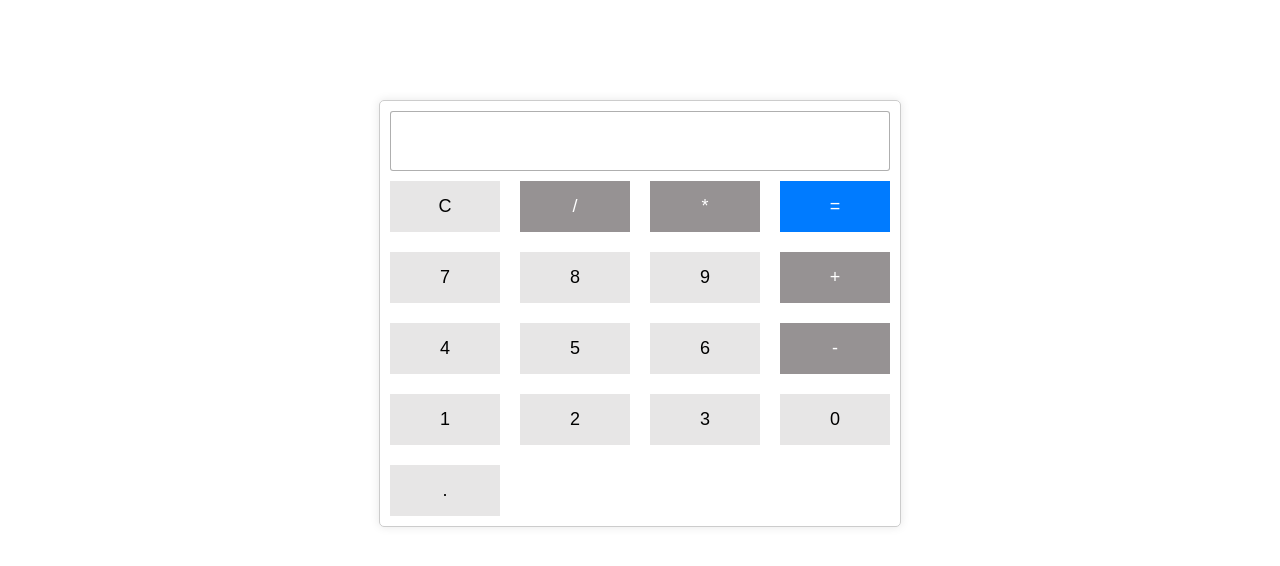
Repository: om9011/calculator
Page: index.html
An editor plug-in stored every save of this project. The page is shown before and after a run of saves, followed by the edit.
The browser window is 1280 px wide. The pictures show the whole page.

Above is the page before, as saved 2024-02-21 11:28:52.

### index.html
<!DOCTYPE html>
<html lang="en">
<head>
  <meta charset="UTF-8">
  <meta name="viewport" content="width=device-width, initial-scale=1.0">
  <title>Calculator</title>
  <link rel="stylesheet" href="styles.css">
</head>
<body>
  <div class="calculator">
    <input type="text" id="display" readonly>
    <div class="buttons">
      <button onclick="clearDisplay()">C</button>
      <button class="operator" onclick="appendToDisplay('/')">/</button>
      <button class="operator" onclick="appendToDisplay('*')">*</button>
      <button class="calculate" onclick="calculate()">=</button>

      <button onclick="appendToDisplay('7')">7</button>
      <button onclick="appendToDisplay('8')">8</button>
      <button onclick="appendToDisplay('9')">9</button>
      <button class="operator" onclick="appendToDisplay('+')">+</button>

      <button onclick="appendToDisplay('4')">4</button>
      <button onclick="appendToDisplay('5')">5</button>
      <button onclick="appendToDisplay('6')">6</button>
      <button class="operator" onclick="appendToDisplay('-')">-</button>

      <button onclick="appendToDisplay('1')">1</button>
      <button onclick="appendToDisplay('2')">2</button>
      <button onclick="appendToDisplay('3')">3</button>
      <button onclick="appendToDisplay('0')">0</button>

      <button onclick="appendToDisplay('.')">.</button>
    </div>
  </div>
  <script src="script.js"></script>
  <script>
    // Event listener for keyboard input
    document.addEventListener('keydown', function(event) {
      const key = event.key;
      if (key.match(/[0-9\.\/\*\-\+\=]|Enter|Backspace|Delete/)) {
        event.preventDefault();
        if (key === 'Enter') {
          calculate();
        } else if (key === 'Backspace' || key === 'Delete') {
          clearDisplay();
        } else {
          appendToDisplay(key);
        }
      }
    });
  </script>
</body>
</html>

### styles.css
.calculator {
  width: 500px;
  margin: 100px auto;
  border: 1px solid #ccc;
  padding: 10px;
  border-radius: 5px;
  box-shadow: 0 0 10px rgba(0, 0, 0, 0.1);
}

#display {
  width: calc(100% - 12px);
  height: 48px;
  margin-bottom: 10px;
  padding: 5px;
  font-size: 20px;
  border: 1.5px solid rgba(77, 77, 77, 0.447)  ;
  border-radius: 3px;
  outline: none;
}

.buttons {
  display: grid;
  grid-template-columns: repeat(4, 1fr);
  gap: 20px;
}

button {
  padding: 15px;
  font-size: 18px;
  border: none;
  outline: none;
  cursor: pointer;
  background-color: #e7e6e6;
  transition: background-color 0.3s ease;
}

button:hover {
  background-color: #e9ecef;
  color: black;
}

.operator {
  background-color: #969293;
  color: #fff;
}

.calculate {
  background-color: #007bff;
  color: #fff;
}

### script.js
function appendToDisplay(value) {
    document.getElementById('display').value += value;
  }

  function clearDisplay() {
    document.getElementById('display').value = '';
  }

  function calculate() {
    var display = document.getElementById('display');
    try {
      display.value = eval(display.value);
    } catch (error) {
      display.value = 'Error';
    }
  }

After the next 3 saves:
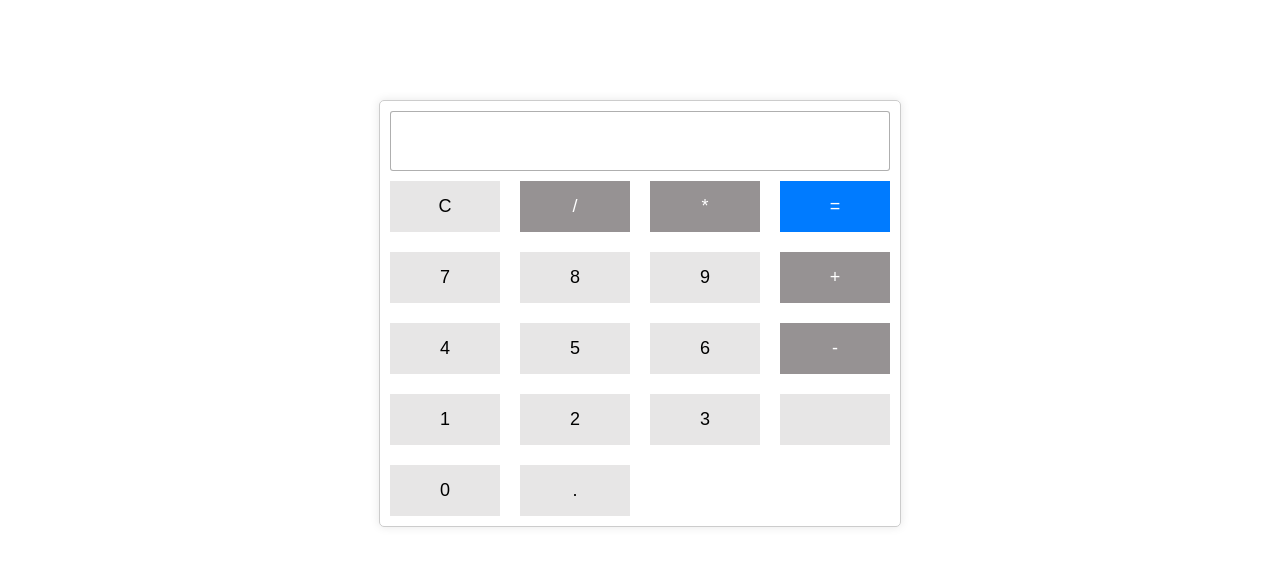
The 3 saves are shown as one change because they came seconds apart.
The last was saved 23 min 8 s later.
--- a/index.html
+++ b/index.html
@@ -28,6 +28,7 @@
       <button onclick="appendToDisplay('1')">1</button>
       <button onclick="appendToDisplay('2')">2</button>
       <button onclick="appendToDisplay('3')">3</button>
+      <button onclick="appendToDisplay('3')"></button>
       <button onclick="appendToDisplay('0')">0</button>
 
       <button onclick="appendToDisplay('.')">.</button>
